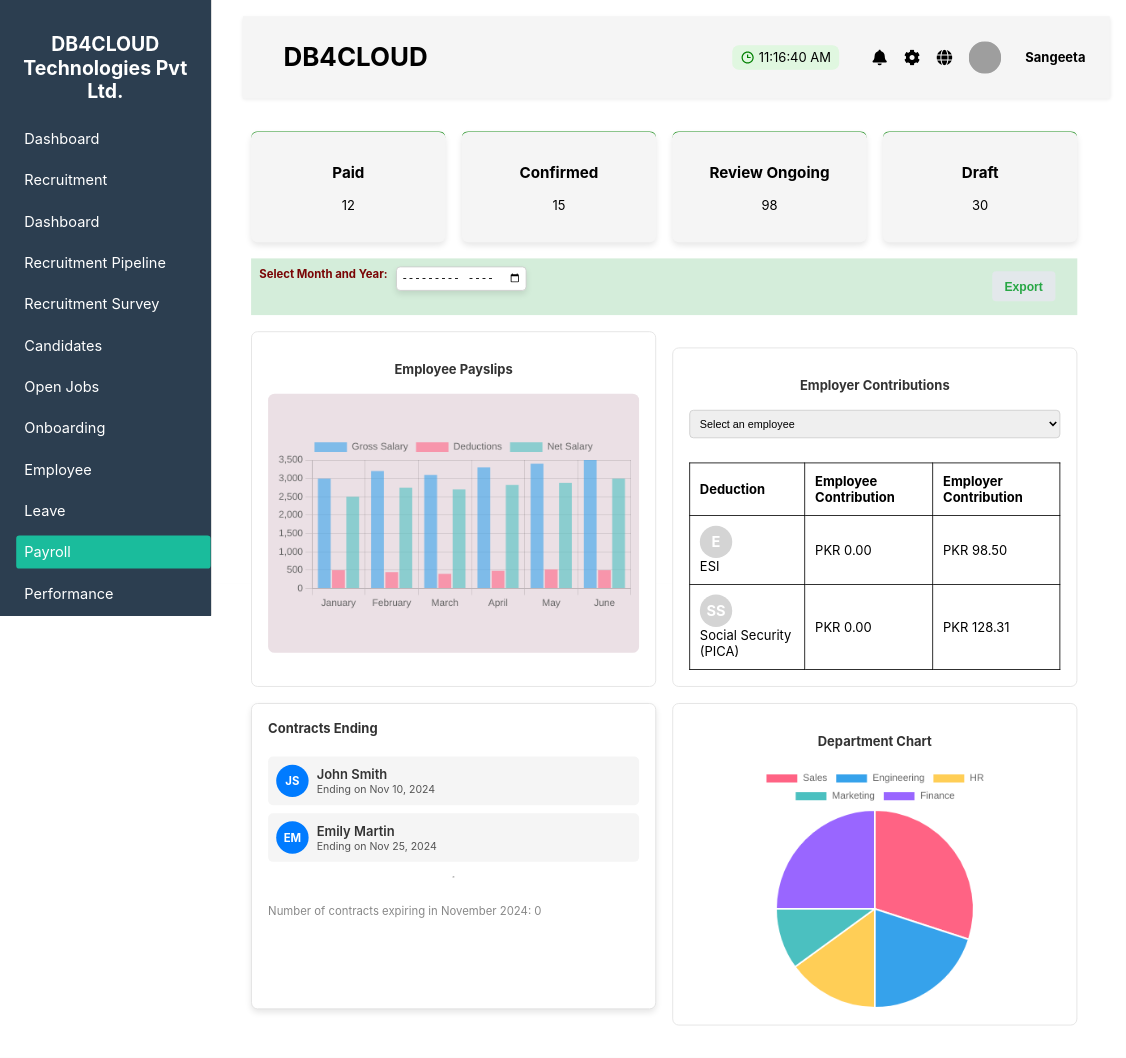
Repository: tinu-ns/Dev-code
Page: /payroll/payroll-dashboard (app in HRMS-DEMO-Sang/hrms/)
These files come from the project's save history. The page is drawn as it stood at one moment and after the next save; the edit follows.
The browser window is 1280 px wide. The page is 1390 px wide, so the pictures cover 1390 px, including what lies to the right of the window. The pictures show the whole page, at 81% of full size.
Pictures or frames that could not be fetched are drawn as grey boxes. The project was rebuilt for these pictures with package versions that can differ from the ones it lists, and the page was loaded fresh each time. Also part of the build but not shown: HRMS-DEMO-Sang/hrms/src/components/Dashboard.js, HRMS-DEMO-Sang/hrms/src/components/Recruitment/RecruitmentDashboard.js, HRMS-DEMO-Sang/hrms/src/components/Recruitment/RecruitmentPipeline.js, HRMS-DEMO-Sang/hrms/src/components/Payroll/Allowances.js, HRMS-DEMO-Sang/hrms/src/components/Payroll/Contract.js, HRMS-DEMO-Sang/hrms/src/components/Payroll/Deductions.js, HRMS-DEMO-Sang/hrms/src/components/Payroll/Payslips.js, HRMS-DEMO-Sang/hrms/src/components/MainContent.css and 3 more.

Above is the page before, as saved 2024-11-06 17:50:25.

### HRMS-DEMO-Sang/hrms/src/App.js
import React from 'react';
import { BrowserRouter as Router, Route, Routes, Navigate } from 'react-router-dom';
import Sidebar from './components/Sidebar';
import Dashboard from './components/Dashboard';
import RecruitmentDashboard from './components/Recruitment/RecruitmentDashboard';
import RecruitmentPipeline from './components/Recruitment/RecruitmentPipeline';
import Allowances from './components/Payroll/Allowances';
import Contract from './components/Payroll/Contract';
import Deductions from './components/Payroll/Deductions';
import Payslips from './components/Payroll/Payslips';
import PayrollDashboard from './components/Payroll/PayrollDashboard';
import Header from './components/Header';
import MainContent from './components/MainContent';
import RightSidebar from './components/RightSidebar';

import './App.css';

function App() {
  return (
    <Router>
      <div className="app">
        <Sidebar />
        <div className="content-container">
          <Header />
          <div className="main-section">
            <Routes>
              {/* Main Dashboard Route */}
              <Route path="/" element={<><MainContent /><RightSidebar /></>} />
              <Route path="/dashboard" element={<Dashboard />} />

              {/* Recruitment Section */}
              <Route path="/recruitment/dashboard" element={<RecruitmentDashboard />} />
              <Route path="/recruitment/pipeline" element={<RecruitmentPipeline />} />

              {/* Payroll Section Routes */}
              <Route path="/payroll/payroll-dashboard" element={<PayrollDashboard />} />
              <Route path="/payroll/allowances" element={<Allowances />} />
              <Route path="/payroll/contract" element={<Contract />} />
              <Route path="/payroll/deductions" element={<Deductions />} />
              <Route path="/payroll/payslips" element={<Payslips />} />

              {/* Redirect unknown routes to main dashboard */}
              <Route path="*" element={<Navigate to="/" />} />
            </Routes>
          </div>
        </div>
      </div>
    </Router>
  );
}

export default App;

### HRMS-DEMO-Sang/hrms/src/App.css
.app{
  display: flex;
  height: 100vh;
  background-color: #f4f4f4;
}

.content-container{
  flex-grow: 1;
  padding: 20px;
  background-color: #fff;
  margin-left: 200px;
  display: flex;
  flex-direction: column;

}

.main-section{
  display: flex;
  justify-content: space-between;
  padding: 20px;
}


.sidebar {
  width: 220px;
  background-color: #2c3e50;
  position: fixed;
  height: 100vh;
}

### HRMS-DEMO-Sang/hrms/src/components/Sidebar.css
 .container{
    display: flex;
    height: 100vh;
    margin-right: 50px;
}

/*
.content{
    flex-grow: 1;
    padding: 20px;
    padding-left: 50px;

}  */

.sidebar {
    width: 220px;
    height: 100vh;
    background-color: #503f2c;
    padding: 20px;
    color: white;
    height: 100vh;
    position: fixed;
    border-right: 2px solid #ddd;
    overflow-y: auto;        /* Allows vertical scrolling */
    position: fixed;
    margin-right: 200px;        /* Keeps sidebar fixed on the left side */

  }



  .sidebar h2{
    text-align: center;
    margin-bottom: 30px;
    font-size: 24px;
  }

  .sidebar-list{
    list-style-type: none;
    padding: 0;
  }


  .sidebar-list li{
    margin-bottom: 15px;
  }

  .sidebar-list li a {
    color: white;
    text-decoration: none;
    font-size: 18px;
    padding: 10px;
    border-radius: 4px;
    display: block;
  }

  .sidebar-list li a:hover{
    color: #1abc9c;
  }

  .sidebar-list li a.active{
    background-color: #1abc9c;
    color: white;
  }

  .sidebar {
    width: 250px;
    background-color: #2E3A46;
    color: #FFF;
    padding: 20px;
    height: 100vh;
  }

  .sidebar h2 {
    font-size: 1.5em;
    margin-bottom: 1em;
  }

  .sidebar ul {
    list-style: none;
    padding: 0;
  }

  .sidebar li {
    margin: 10px 0;
  }

  .sidebar li ul {
    margin-top: 5px;
  }

  .sidebar a {
    color: #FFF;
    text-decoration: none;
  }

  .sidebar a:hover {
    text-decoration: underline;
  }

  .sidebar a.active {
    color: #20c997;
  }

  .sidebar ul li a:hover, .menu-toggle:hover {
    background-color: #34495e;
  }

  .menu-toggle {
    background: none;
    border: none;
    color: #ecf0f1;
    font-size: 1rem;
    text-align: left;
    cursor: pointer;
    width: 100%;
    padding: 10px;
  }

  .submenu {
    list-style-type: none;
    padding-left: 20px;
  }

  .submenu li a {
    padding-left: 20px;
    font-size: 0.9rem;
  }

### HRMS-DEMO-Sang/hrms/src/components/Recruitment/RecruitmentPipeline.css
.pipeline-container {
    padding: 20px;
    background-color: #f5f5f5;
    border-radius: 8px;
  }

  .pipeline-section {
    margin-top: 20px;
  }

  .pipeline-section h3 {
    background-color: #f8f9fa;
    padding: 10px;
    border-left: 5px solid #ffa500;
  }

  .recruitment-table {
    width: 100%;
    border-collapse: collapse;
  }

  .recruitment-table th,
  .recruitment-table td {
    padding: 10px;
    border-bottom: 1px solid #ddd;
    text-align: left;
  }

  .recruitment-table th {
    background-color: #f1f1f1;
  }

  button {
    padding: 5px 10px;
    margin: 0 5px;
    border: none;
    border-radius: 4px;
    cursor: pointer;
  }

  button:hover {
    background-color: #ddd;
  }

### HRMS-DEMO-Sang/hrms/src/components/Payroll/Allowances.css
.allowances-container {
    padding: 20px;
    background-color: #f9f9f9;
    width: 100%;
    height: 100vh;
  }

  .allowances-header {
    display: flex;
    justify-content: space-between;
    align-items: center;
    margin-bottom: 20px;
  }

  .allowances-header h2 {
    margin: 0;
    font-size: 24px;
  }

  .controls {
    display: flex;
    align-items: center;
    gap: 10px;
  }

  .search-input {
    padding: 8px;
    border: 1px solid #ccc;
    border-radius: 4px;
  }

  .view-toggle, .filter-btn, .create-btn {
    background: none;
    border: none;
    font-size: 18px;
    cursor: pointer;
  }

  .filter-btn, .create-btn {
    display: flex;
    align-items: center;
    padding: 8px 12px;
    background-color: #ff5722;
    color: white;
    border-radius: 4px;
    cursor: pointer;
  }

  .status-indicators {
    display: flex;
    gap: 15px;
    font-size: 14px;
    margin-top: 10px;
    margin-bottom: 20px;
    justify-content: end;
  }

  .dot {
    display: inline-flex;
    align-items: center;
  }

  .dot::before {
    content: '';
    display: inline-block;
    width: 10px;
    height: 10px;
    margin-right: 6px;
    border-radius: 50%;
  }

  .not-fixed::before {
    background-color: green;
  }

  .fixed::before {
    background-color: yellow;
  }

  .non-taxable::before {
    background-color: gray;
  }

  .taxable::before {
    background-color: red;
  }

  .card-view {
    display: flex;
    gap: 20px;
    flex-wrap: wrap;

  }

  .allowance-card {
    background: white;
    border: 1px solid #ddd;
    border-radius: 8px;
    padding: 15px;
    width: 200px;
    box-shadow: 0 2px 5px rgba(0, 0, 0, 0.1);
    border-left: 3px solid rgb(255, 165, 0);
  }

  .card-icon {
    font-size: 20px;
    font-weight: bold;
    background: #e0e0e0;
    width: 40px;
    height: 40px;
    display: flex;
    align-items: center;
    justify-content: center;
    border-radius: 50%;
    margin-bottom: 10px;

  }

  .card-content h3 {
    margin: 0;
    font-size: 18px;
  }

  .card-content p {
    margin: 5px 0;
  }


  .list-view {
    background: white;
    border-radius: 8px;
    overflow: hidden;
    box-shadow: 0 2px 5px rgba(0, 0, 0, 0.1);
  }

  .table-container {
    overflow-x: auto;
    max-width: 100%;
    margin-top: 20px;
    position: relative;
  }

  table {
    width: 100%;
    border-collapse: collapse;
  }

  table th, table td {
    padding: 12px;
    text-align: left;
    border-bottom: 1px solid #ddd;
    border: 1px solid;
  }

  .sticky-column {
    position: sticky;
    left: 0;
    background-color: rgb(230, 220, 220);
    box-shadow: 2px 0 5px rgba(0, 0, 0, 0.1);
    z-index: 1;

  }

  td.sticky-column {
    box-shadow: 2px 0 5px rgba(0, 0, 0, 0.1);

  }

  .edit-btn, .delete-btn {
    background: none;
    border: none;
    cursor: pointer;
    font-size: 16px;
    margin-right: 8px;
    display: flex;
  }

  .edit-btn {
    color: #007bff;
  }

  .delete-btn {
    color: #ff5722;
  }

  .footer {
    display: flex;
    justify-content: space-between;
    align-items: center;
    padding-top: 20px;
  }

  .footer span {
    font-size: 14px;
  }

  .add-btn {
    background-color: #ff5722;
    color: white;
    font-size: 18px;
    width: 40px;
    height: 40px;
    border: none;
    border-radius: 50%;
    display: flex;
    align-items: center;
    justify-content: center;
    cursor: pointer;
  }

### HRMS-DEMO-Sang/hrms/src/components/Payroll/PayrollDashboard.css
/* PayrollDashboard.css */
.payroll-dashboard {
  padding: 20px;
}

.status-containers {
  display: flex;
  justify-content: space-between;
  margin-bottom: 20px;
}

.status-container {
  background-color: #f0f0f0;
  border: 1px solid #ccc;
  padding: 10px;
  text-align: center;
  width: 18%;
}

.paid {
  background-color: #d4edda;
}
.confirmed {
  background-color: #cce5ff;
}
.review {
  background-color: #fff3cd;
}
.draft {
  background-color: #f8d7da;
}


.export-buttons {
  display: flex;
  gap: 10px;
  padding: 10px;
  text-align: center;
  cursor: pointer;
  width: 100px;


}

.export{
    color: #28a745;
    font-size: 15px;
    padding: 10px 15px;
    font-weight: 700;
    cursor: pointer;
    font-size: 15px;
    background-color:  #e3e8eb;
    border-radius: 5px;
    border: none;
}

.export:hover {
    background-color: rgb(152, 225, 152);
  }

.export-form {
  margin-top: 20px;
  border: 1px solid #ccc;
  padding: 20px;
  background-color: #f9f9f9;
  border: 1px solid #ccc;
  border-radius: 5px;
  width: 40%;
  display: flex;
  flex-direction: column;
  box-shadow: 0px 4px 8px rgba(0, 0, 0, 0.1);
}

.form-row {
    display: flex;
    gap: 20px;
    margin-bottom: 10px;
  }

  .form-group {
    display: flex;
    flex-direction: column;
    flex: 1;
  }

  .form-group label {
    margin-bottom: 5px;
    font-size: 14px;
    color: #333;
    font-weight: bold;
  }

.export-form label {
  display: block;
  margin-bottom: 10px;
}

.export-form input,
.export-form select {
    padding: 8px;
  border: 1px solid #ccc;
  border-radius: 5px;
}

.export-form button {
  margin-top: 10px;
  padding: 10px;
  background-color: #28a745;
  color: white;
  border: none;
  cursor: pointer;
}

.submit-button:hover {
    background-color: #218838;
  }

.status {
  display: flex;
  justify-content: space-around;
  gap: 20px;
}

.status-item {
  background-color: #f5f5f5;
  padding: 20px;
  width: 200px;
  text-align: center;
  border-radius: 8px;
  margin-bottom: 20px;
  box-shadow: 0px 4px 8px rgba(0, 0, 0, 0.1);
  border-top: 1px solid green;
}

.row-container {
  display: flex;
  align-items: center;
  justify-content: space-between; /* Space between calendar and export button */
  margin-bottom: 20px;
  background-color: #d4edda;
  text-align: center;
  align-self: center;


}

.calendar-container {
    margin-bottom: 20px;
  }


.date-selector {
  display: flex;
  flex-direction: row;
  padding: 10px;
}

.date-selector label {
  font-size: 14px;
  margin-bottom: 5px;
  margin-right: 10px;
  color: rgb(121, 5, 5);
  font-weight: bold;
  text-align: center;
}

.date-selector input[type="month"] {
  padding: 5px;
  border: 1px solid #ccc;
  border-radius: 5px;
  box-shadow: 0px 4px 8px rgba(0, 0, 0, 0.1);
}

.dashboard-content {
  display: grid;
  grid-template-columns: 1fr 1fr;
  gap: 20px;
}

.employee-payslips,
.contributions,
.contracts-ending,
.department-chart {
  background-color: #ffffff;
  border: 1px solid #e0e0e0;
  border-radius: 8px;
  padding: 20px;
}

.employee-payslips h3,
.contributions h3,
.contracts-ending h3,
.department-chart h3 {
  font-size: 16px;
  color: #333333;
  margin-bottom: 10px;
  text-align: center;
  padding-bottom: 10px;
}

.payslip-chart,
.chart-placeholder {
  height: 200px;
  background-color: hsl(335, 23%, 90%);
  border-radius: 8px;
  display: flex;
  align-items: center;
  justify-content: center;
}


.payslip-chart {
    height: 300px;
    border-radius: 8px;
    display: flex;
    align-items: center;
    justify-content: center;
    padding: 10px;
  }

  .contributions {
    margin-top: 20px;
  }


.employee-dropdown {
  width: 100%;
  padding: 8px;
  margin-bottom: 20px;
  border: 1px solid #ccc;
  border-radius: 5px;
}

table {
  width: 100%;
  border-collapse: collapse;
  margin-top: 10px;
}

th,
td {
  padding: 8px;
  text-align: left;
  border-bottom: 1px solid #ddd;
}

.avatar {
    display: inline-flex;
    align-items: center;
    justify-content: center;
    width: 30px;
    height: 30px;
    border-radius: 50%;
    background-color: #007bff;
    color: white;
    font-weight: bold;
    margin-right: 8px;
    font-size: 14px;
}

.no-contracts {
  text-align: center;
  color: #777;
  font-style: italic;
}

.department-chart {
    background-color: #ffffff;
    border: 1px solid #e0e0e0;
    border-radius: 8px;
    padding: 20px;
    text-align: center;
  }

  .department-chart h3 {
    font-size: 16px;
    color: #333333;
    margin-bottom: 10px;
  }

  .department-chart canvas {
    max-width: 300px; /* Adjust size if needed */
    margin: 0 auto;
  }

  .contracts-ending {
    background-color: #ffffff;
    border: 1px solid #e0e0e0;
    border-radius: 8px;
    padding: 20px;
    box-shadow: 0px 4px 8px rgba(0, 0, 0, 0.1);
    margin-bottom: 20px;
  }

  .contracts-header {
    display: flex;
    flex-direction: column;
    align-items: flex-start;
    margin-bottom: 15px;
  }

  .contracts-header h3 {
    font-size: 16px;
    color: #333333;
    margin: 0;
  }

  .contract-count {
    color: #888;
    font-size: 14px;
  }

  .contract-list {
    display: flex;
    flex-direction: column;
    gap: 10px;
  }

  .contract-item {
    display: flex;
    align-items: center;
    gap: 10px;
    padding: 10px;
    background-color: #f5f5f5;
    border-radius: 6px;
    transition: background-color 0.3s ease;
  }

  .contract-item:hover {
    background-color: #e8f8ff;
  }

  .contract-circle {
    width: 40px;
    height: 40px;
    background-color: #007bff;
    color: #ffffff;
    font-weight: bold;
    display: flex;
    align-items: center;
    justify-content: center;
    border-radius: 50%;
    font-size: 14px;
  }

  .contract-details {
    display: flex;
    flex-direction: column;
  }

  .employee-name {
    font-weight: 600;
    color: #333;
  }

  .contract-date {
    font-size: 13px;
    color: #555;
  }

### HRMS-DEMO-Sang/hrms/src/components/Header.css
.bg-container{
  padding-left: 30px;

}

.header {
    background-color: #f5f5f5;
    padding: 10px 20px;
    display: flex;
    justify-content: space-between;
    align-items: center;
    box-shadow: 0px 2px 5px rgba(0, 0, 0, 0.1);
  }

  .header-left {
    display: flex;
    align-items: center;
  }

  .menu-button {
    font-size: 24px;
    background: none;
    border: none;
    cursor: pointer;
  }

  .h1{
    margin-left: 15px;
    font-size: 24px;
    color: red! important ;
  }

  .header-right{
    display: flex;
    align-items: center;
  }

  .icon{
    margin-left: 20px;
    font-size: 20px;
    cursor: pointer;
  }

  .time-box {
    display: flex;
    align-items: center;
    background-color: #e0f7e0;
    padding: 5px 10px;
    border-radius: 8px;
    margin-right: 20px;
  }

  .time-icon {
    margin-right: 5px;
    font-size: 18px;
    color: green;
  }

  .user-profile{
    display: flex;
    align-items: center;
    cursor: pointer;
    position: relative;
  }

  .user-avatar{
    padding: 20px;
  }

  .avatar{
    width: 40px;
    height: 40px;
    background-color: #d4d4d4;
    border-radius: 50%;
    display: flex;
    justify-content: center;
    align-items: center;
    font-size: 18px;
    color: white;
    margin-right: 10px;

  }

  .user-name{
    font-weight: bold;
  }

  .dropdown{
    position: absolute;
    top: 50px;
    right: 0;
    background-color: #fff;
    box-shadow: 0px 2px 8px rgba(0, 0, 0, 0.1);
    border-radius: 5px;
    z-index: 100;
  }

  .dropdown ul {
    list-style-type: none;
    padding: 10px;
    margin: 0;
  }

  .dropdown ul li {
    padding: 10px 15px;
    cursor: pointer;
  }

  .dropdown ul li:hover {
    background-color: #f5f5f5;
  }

  .user-info {
    display: flex;
    align-items: center;
  }

  .user-name {
    margin-right: 10px;
  }

Loaded but not shown: HRMS-DEMO-Sang/hrms/public/index.html (common file); HRMS-DEMO-Sang/hrms/src/index.js (common file); HRMS-DEMO-Sang/hrms/src/index.css (common file); HRMS-DEMO-Sang/hrms/src/reportWebVitals.js (common file); HRMS-DEMO-Sang/hrms/src/components/Payroll/PayrollDashboard.js (328 lines, source omitted); HRMS-DEMO-Sang/hrms/src/components/Sidebar.js (102 lines, source omitted); HRMS-DEMO-Sang/hrms/src/components/Header.js (91 lines, source omitted)

After the next save:
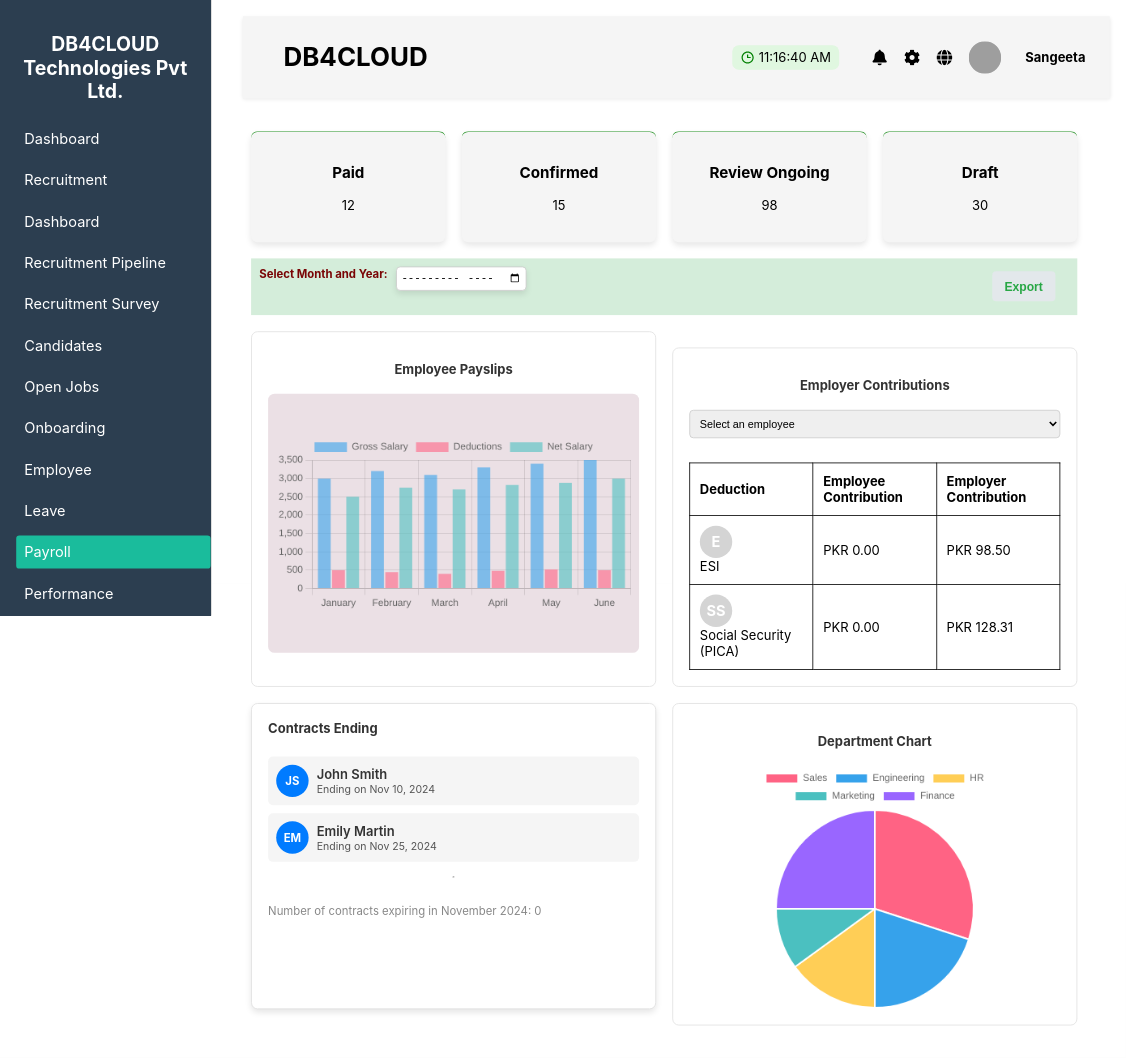
Saved 17 s later.
--- a/HRMS-DEMO-Sang/hrms/src/components/Payroll/Allowances.css
+++ b/HRMS-DEMO-Sang/hrms/src/components/Payroll/Allowances.css
@@ -143,6 +143,7 @@
   table {
     width: 100%;
     border-collapse: collapse;
+    table-layout: fixed;
   }
 
   table th, table td {

After the save that followed:
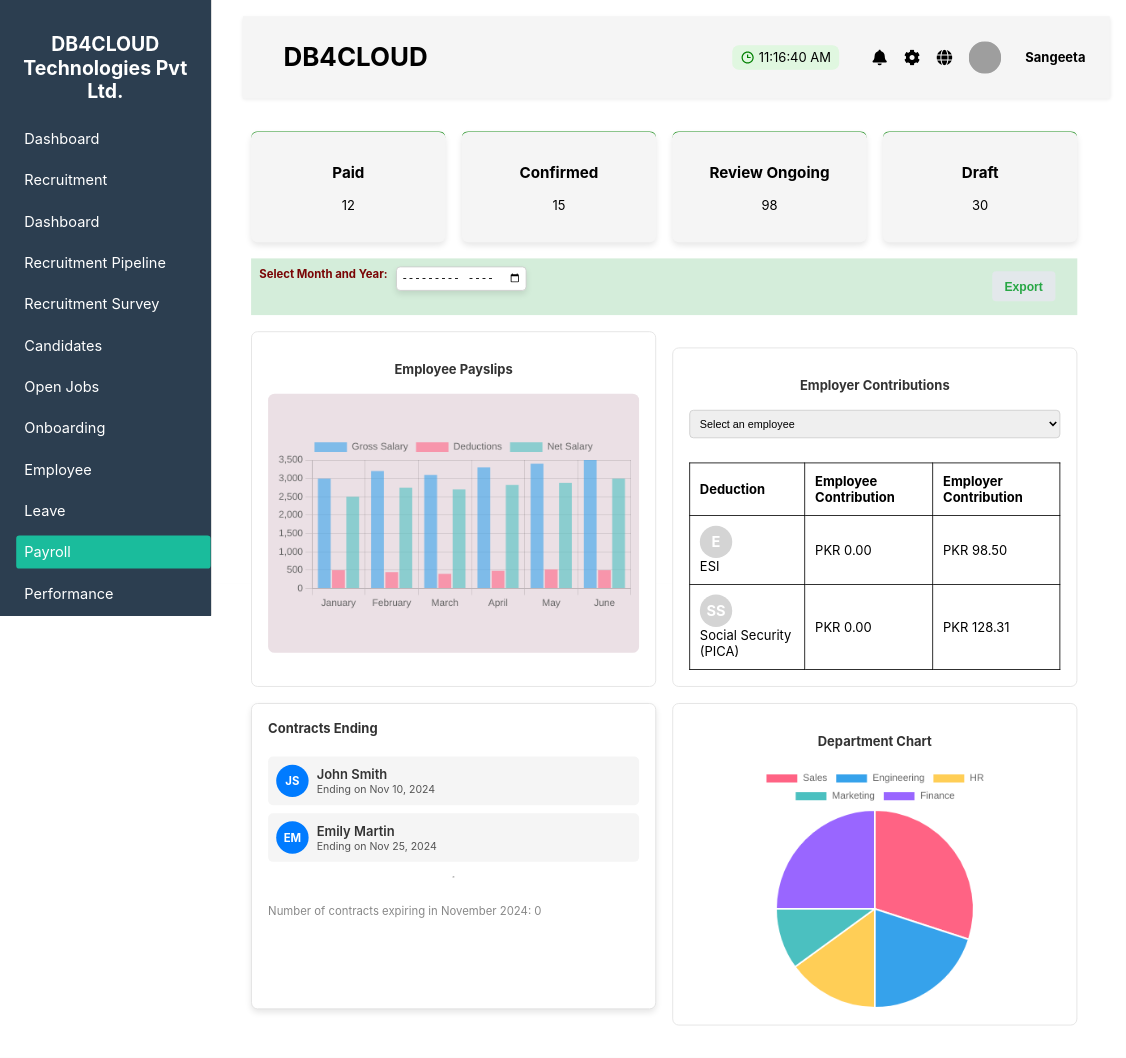
Saved 17 s later.
--- a/HRMS-DEMO-Sang/hrms/src/components/Payroll/Allowances.css
+++ b/HRMS-DEMO-Sang/hrms/src/components/Payroll/Allowances.css
@@ -143,7 +143,7 @@
   table {
     width: 100%;
     border-collapse: collapse;
-    table-layout: fixed;
+    table-layout: ;
   }
 
   table th, table td {
